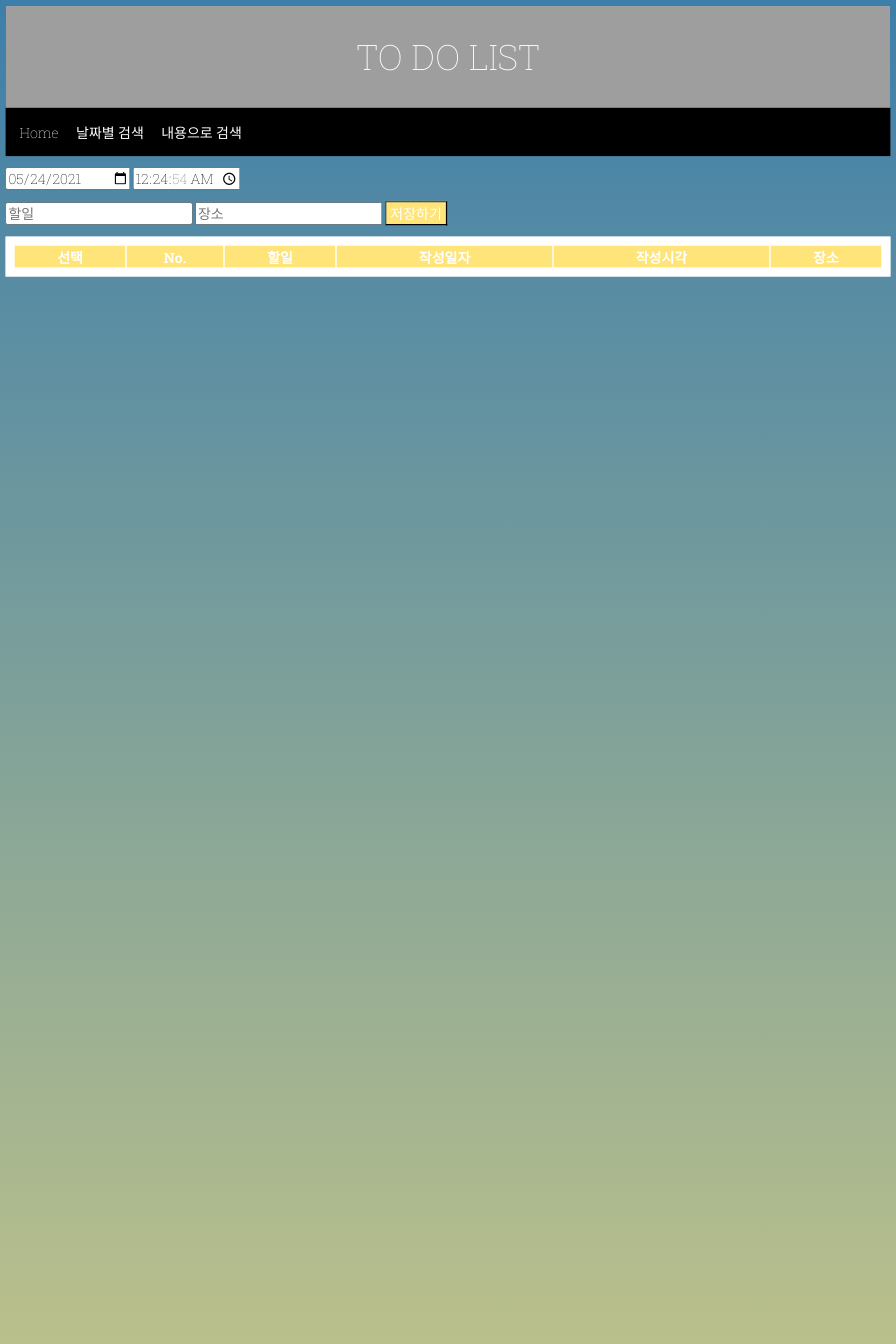
Repository: kimyoungjin98/Exam_Project
Page: http://localhost/Server_PR_TodoList/
The author's editor kept a copy of each file at every save. The page is drawn from the files as they stood at one save, then again after the next save.
The browser window is 1280 px wide. The pictures show the part of the page from y = 0 to 1920 px (the page is 2966 px tall before and 3017 px after), at 70% of full size.
Pictures or frames that could not be fetched are drawn as grey boxes. Some web fonts or font styles are not loaded; a fallback is used. The page is served by Tomcat 9. Queries for data that is not in the repository find no rows.

Above is the page before, as saved 2021-05-25 02:31:47.

After the next save:
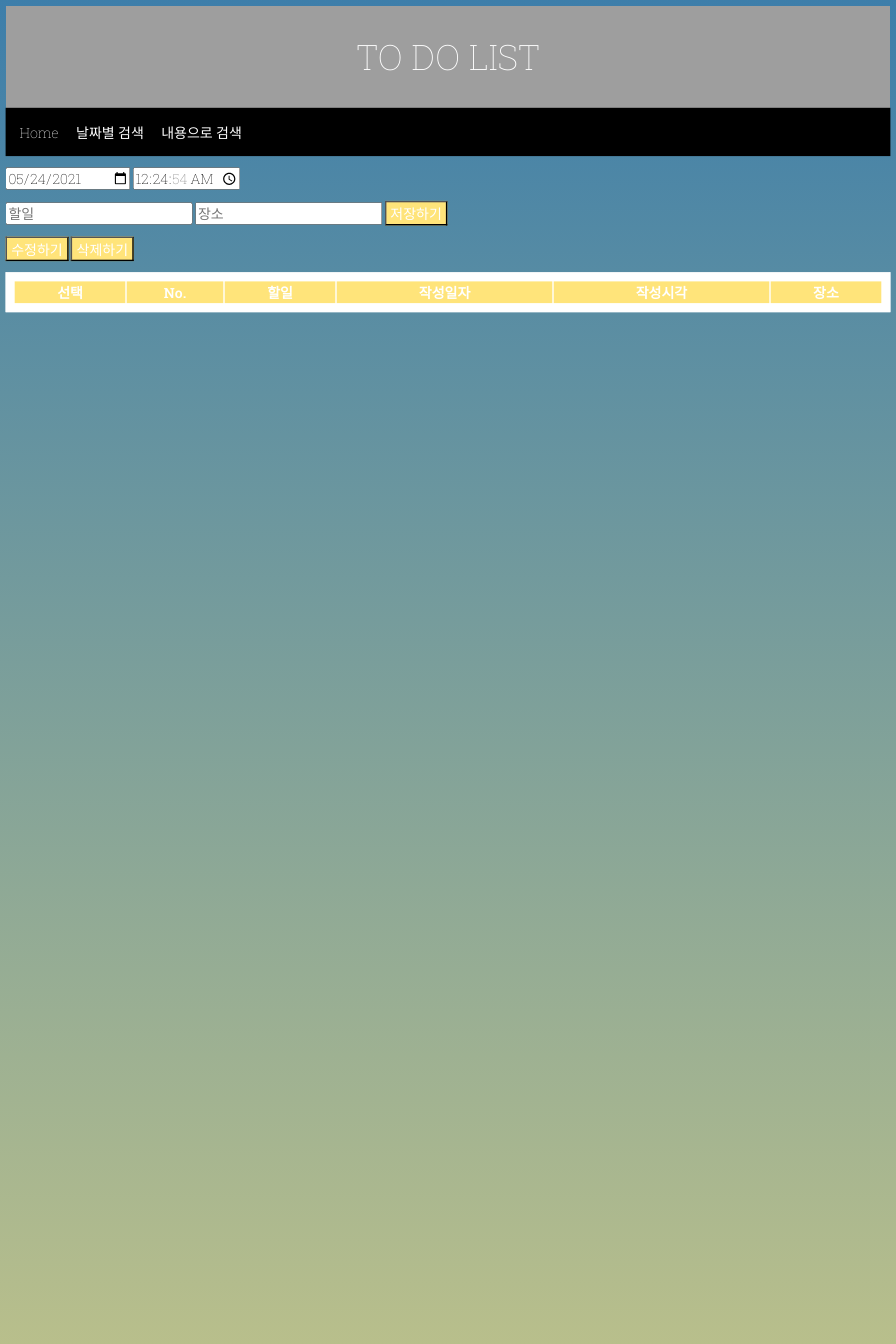
Saved 5 min 10 s later.
--- a/Server_PR_TodoList/src/main/webapp/WEB-INF/views/home.jsp
+++ b/Server_PR_TodoList/src/main/webapp/WEB-INF/views/home.jsp
@@ -88,6 +88,10 @@ table th{
 	<p>
 	<%@ include file="/WEB-INF/views/write.jsp" %>
 	<p>
+
+	<button class="update">수정하기</button>
+	<button class="delete">삭제하기</button>
+
 		<table>
 		<div>
 		<th>선택</th>
